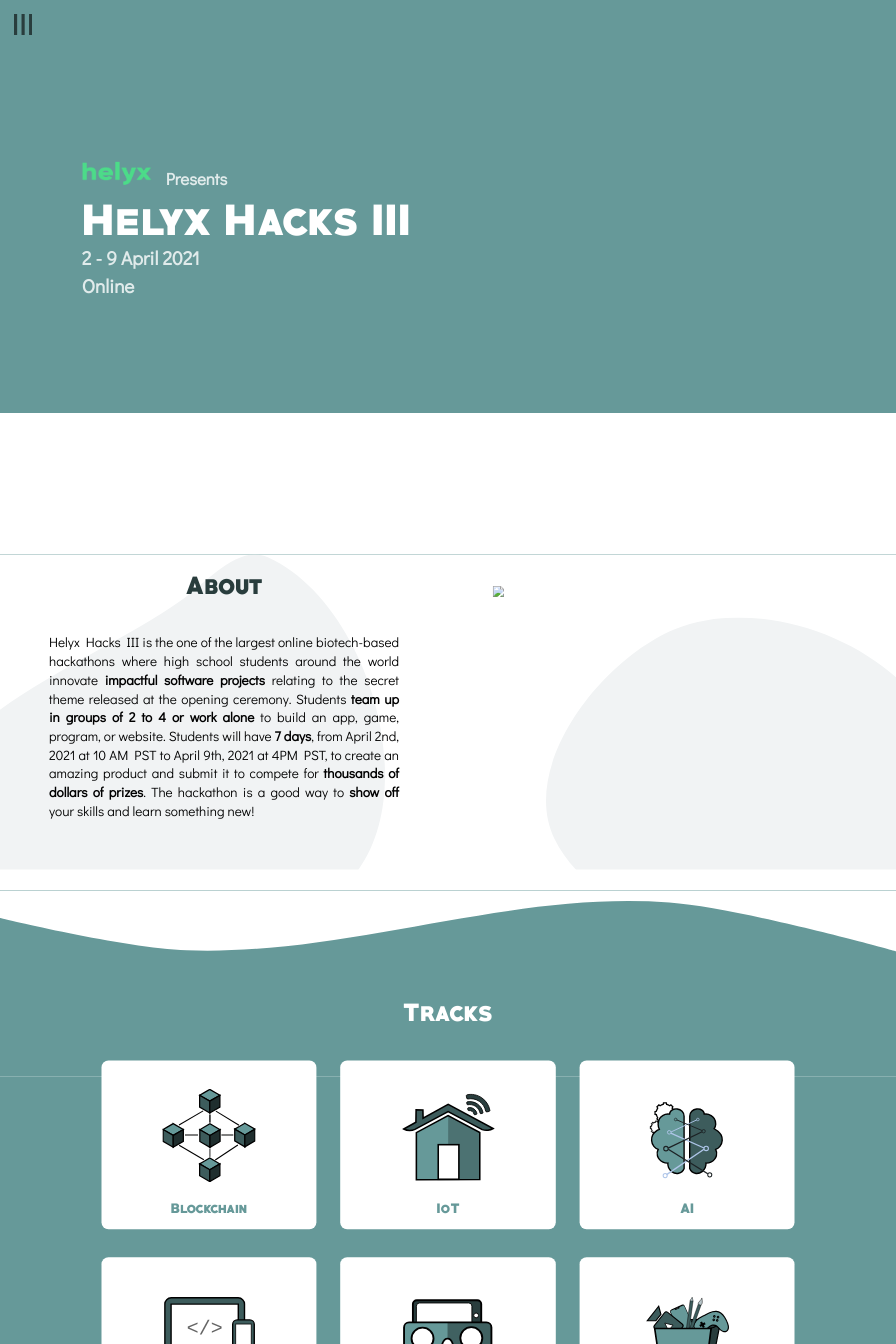
Repository: yashg4509/helyxhacksIII
Page: index.html
The author's editor kept a copy of each file at every save. The page is drawn from the files as they stood at one save, then again after the next save.
The browser window is 1280 px wide. The pictures show the part of the page from y = 0 to 1920 px (the page is 8791 px tall), at 70% of full size.
A picture or video elsewhere on the page could not be fetched, so the positions and the page height are approximate.

Above is the page before, as saved 2021-02-17 22:32:33.

After the next save:
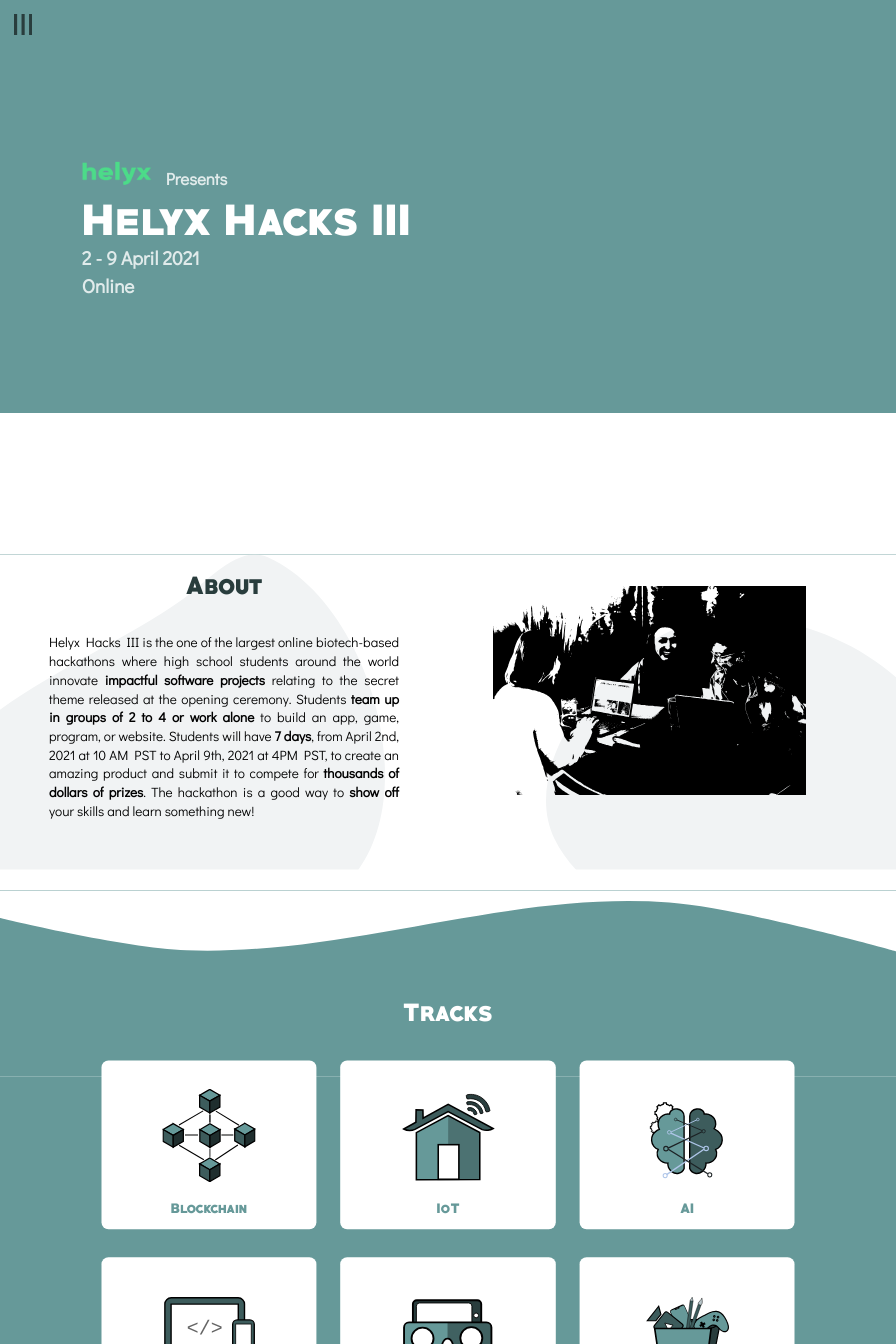
Saved 3 min 7 s later.
--- a/index.html
+++ b/index.html
@@ -93,7 +93,7 @@
 			<img class="img-back-left" src="./images/back-2.svg">
 			<img class="img-back" src="./images/back-3.svg">
 			<div class="frame2-left">
-				<img src="./images/frame1-right.svg">
+				<img src="./images/frame_1_right_2.svg">
 			</div>
 			<div class="frame2-right">
 				<div class="name"> About </div>
